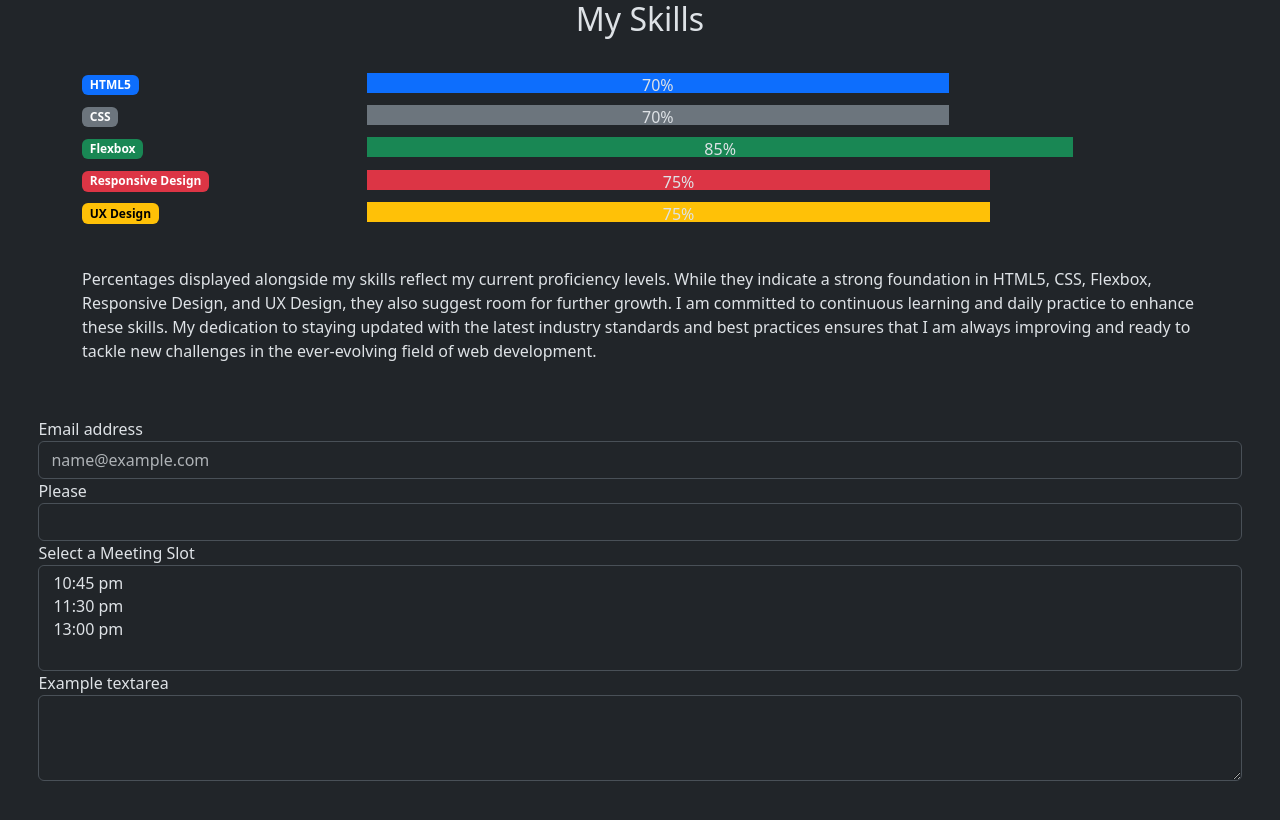
Repository: uvee35/Bootstrap-Portfolio
Page: index.html
The author's editor kept a copy of each file at every save. The page is drawn from the files as they stood at one save, then again after the next save.
The browser window is 1280 px wide. The pictures show the part of the page from y = 1074 to 1894 px (the page is 1894 px tall before and 1872 px after).
A picture or video elsewhere on the page could not be fetched, so the positions and the page height are approximate.

Above is the page before, as saved 2023-12-18 19:59:02.

After the next save:
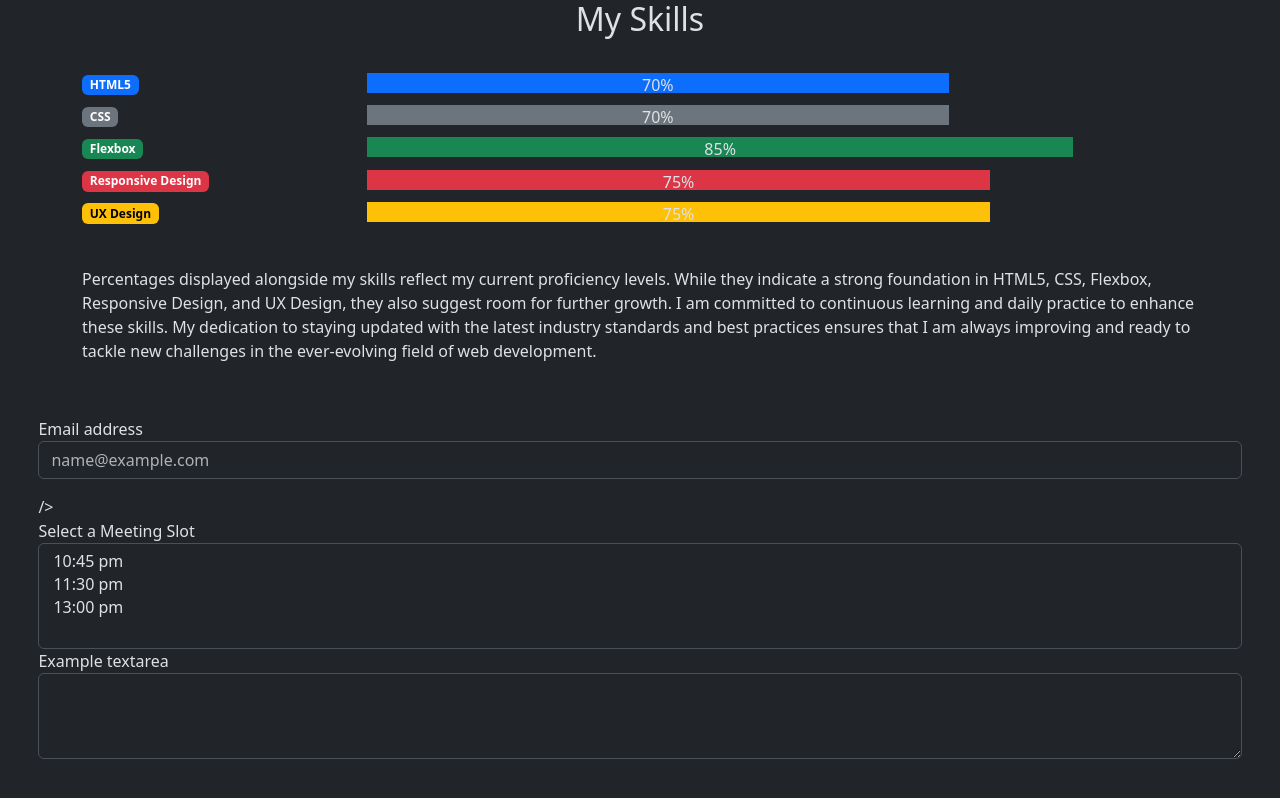
Saved 37 s later.
--- a/index.html
+++ b/index.html
@@ -265,11 +265,9 @@
         />
       </div>
       <div class="form-group">
-        <label for="exampleFormControlInput1"> Please</label>
-        <input
-          type="text"
-          class="form-control"
-          id="description"
+        <p>
+
+        </p>
 
         />
       </div>

After the save that followed:
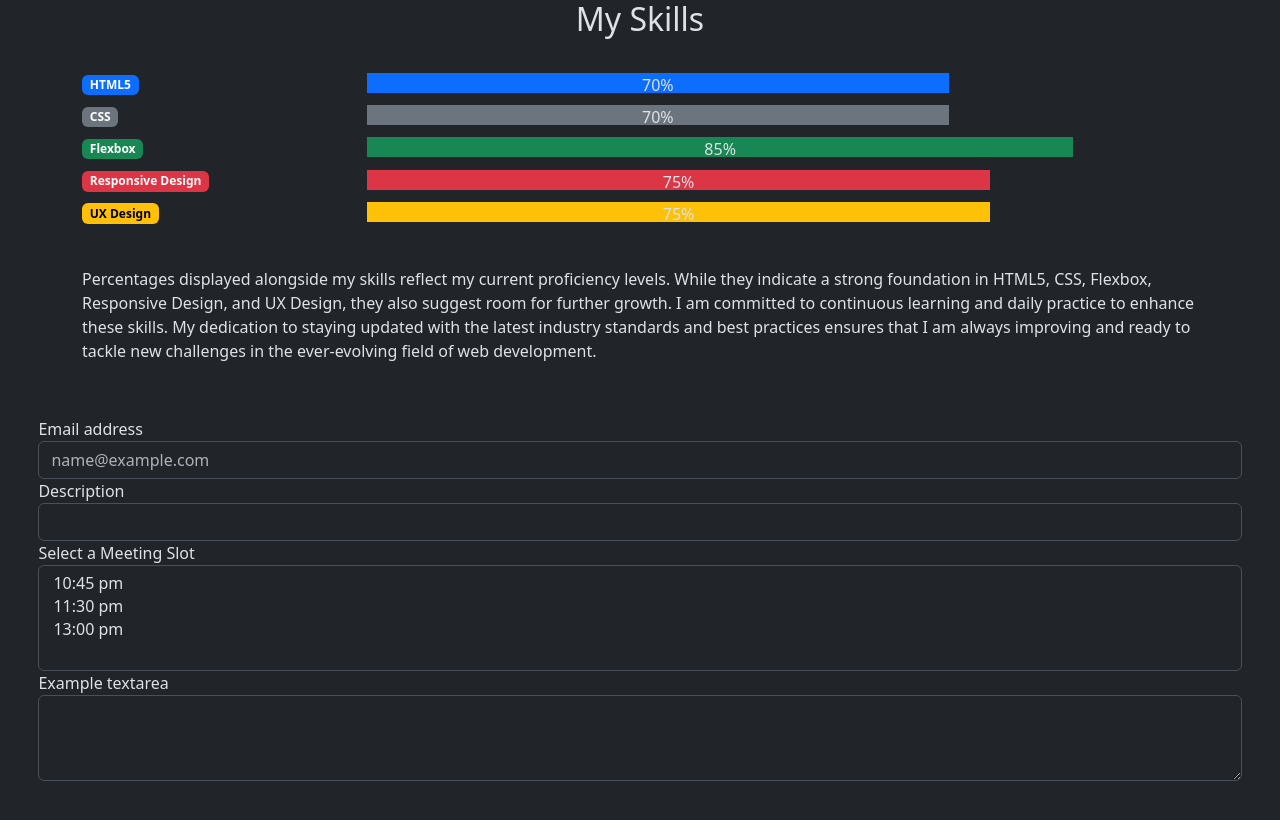
Saved 9 s later.
--- a/index.html
+++ b/index.html
@@ -265,9 +265,12 @@
         />
       </div>
       <div class="form-group">
-        <p>
-
-        </p>
+        <label for="exampleFormControlInput1">Description</label>
+        <input
+          type="text"
+          class="form-control"
+          id="description"
+
 
         />
       </div>
